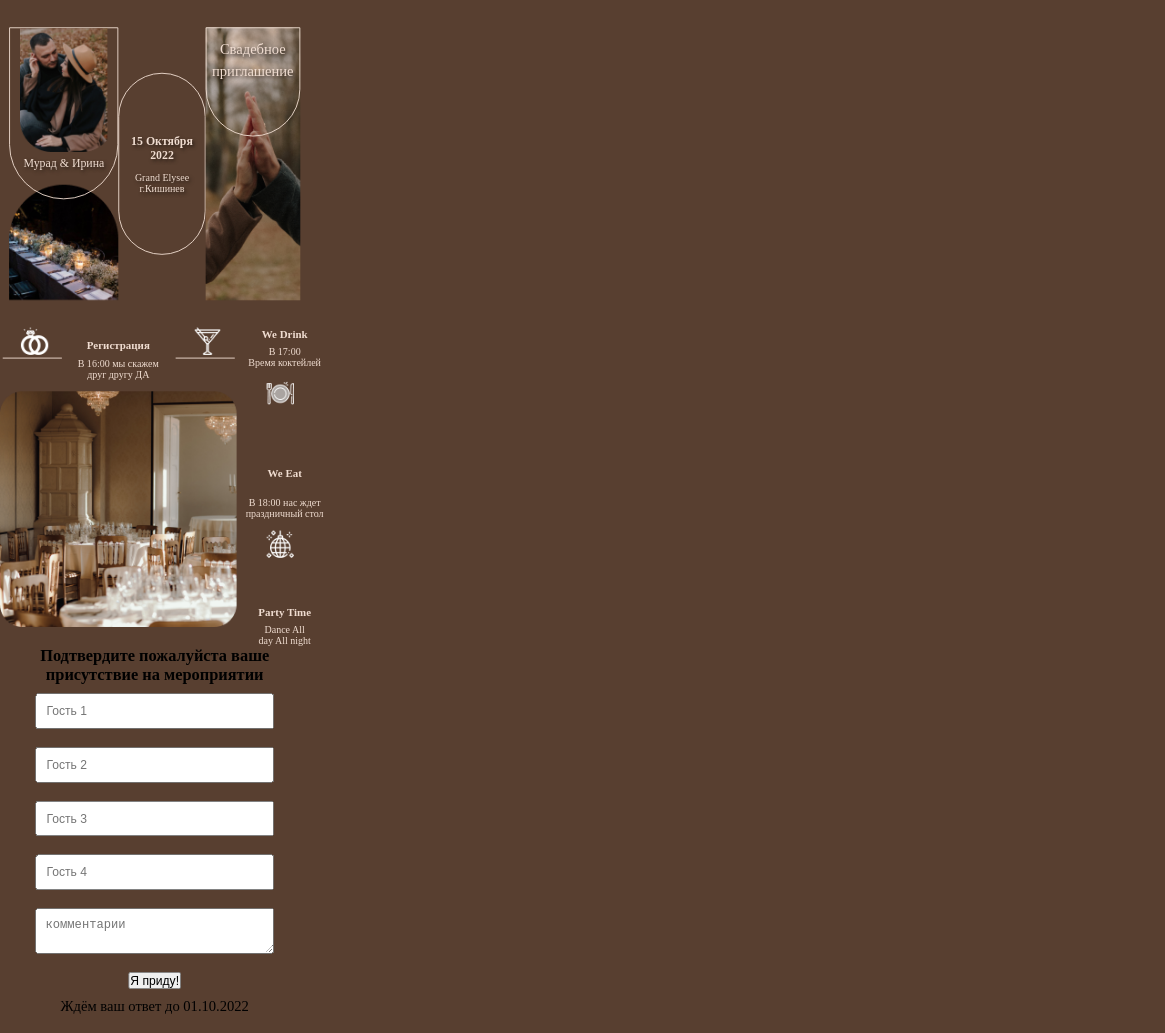
Repository: Anthony8845/wedding_invitation
Page: index.html
The author's editor kept a copy of each file at every save. The page is drawn from the files as they stood at one save, then again after the next save.
The browser window is 1280 px wide. The pictures show the whole page, at 91% of full size.

Above is the page before, as saved 2022-07-29 19:48:53.

### index.html
<!DOCTYPE html>
<html lang="en">
<head>
    <meta charset="UTF-8">
    <meta http-equiv="X-UA-Compatible" content="IE=edge">
    <meta name="viewport" content="width=device-width, user-scalable=yes">
    <link rel="stylesheet" href="./style.css">
    <!-- <script src="./script.js"></script> -->
    <title>Приглашение на свадьбу</title>
</head>
<body>

    <div class="invitation">
        <div class="info">
            <div class="info_block">
                <div class="info_border">
                    <div class="info_img-u"></div>
                    <div class="info_name">Мурад & Ирина</div>
                </div>
                <div class="info_img-d"></div>
            </div>
            <div class="info__block">
                <div class="block__data">
                    <div class="info_timer"></div>
                    <div class="info_date">
                        <h4>15 Октября 2022</h4>
                        <p>Grand Elysee <br>
                            г.Кишинев</p>
                    </div>
                </div>
            </div>
            <div class="info__block">
                <div class="info_invitation">Свадебное<br>приглашение</div>
                <div class="info_img-r"></div>
            </div>

        </div>
        <div class="timetable">
            <div class="timetable_block">
                <div class="block_icon">
                    <div class="icon_reg icon"></div>
                    <div class="line_icon-d"></div>
                </div>
                <div class="block_reg">
                    <h4>Регистрация</h4>
                    <p>В 16:00 мы скажем <br> друг другу ДА</p>
                </div>
                <div class="block_icon">
                    <div class="icon_drink icon"></div>
                    <div class="line_icon-d"></div>
                </div>

            </div>
            <div class="timetable_block">
                <div class="img_table"></div>
            </div>
            <div class="timetable_block">
                <div class="block_drink">
                    <h4>We Drink</h4>
                    <p>В 17:00<br> Время коктейлей</p>
                </div>
                <div class="block_icon">
                    <div class="icon_eat icon"></div>
                    <div class="line_icon-l"></div>
                </div>

                <div class="block_eat"></div>
                    <h4>We Eat</h4>
                    <p>В 18:00 нас ждет <br> праздничный стол</p>
                    <div class="block_icon">
                        <div class="icon_party icon"></div>
                        <div class="line_icon-l"></div>
                    </div>

                <div class="block_party">
                    <h4>Party Time</h4>
                    <p>Dance All<br> day All night</p>
                </div>
            </div>
        </div>
        <div class="thanks">
            <div></div>
            <div></div>
            <div></div>
        </div>
        <form class="form"  action="mail.php"  method="POST" >
            <h2 class="form__header">Подтвердите пожалуйста ваше присутствие на мероприятии</h2>
            <input class="form__input_item" type="text" name="Guest1" placeholder="Гость 1">
            <input class="form__input_item" type="text" name="Guest2" placeholder="Гость 2">
            <input class="form__input_item" type="text" name="Guest3" placeholder="Гость 3">
            <input class="form__input_item" type="text" name="Guest4" placeholder="Гость 4">
            <textarea class="form__comment" name="Comment" placeholder="комментарии"></textarea>
            <button class="form__btn">Я приду!</button>
        </form>
        <div class="footer">Ждём ваш ответ до 01.10.2022</div>
    </div>
</body>
</html>

### style.css
* {
    box-sizing: border-box;
    margin: 0;
    padding: 0;
}

body{
    position: relative;
    padding: 20px 0;
    background-color: rgb(88, 63, 48);
}



.invitation {
    width: 340px;
    display: flex;
    flex-direction: column;
    align-items: center;
}
.info {
    color: rgb(240, 221, 209);
    display: flex;
    justify-content: space-between;
    align-items: center;
    text-align: center;
    text-shadow: 2px 2px 4px rgb(44, 32, 24);
    margin: 10px 3% 30px 3%;
}
.info_block {
    width: 120px;
    height: 300px;

}
.info_border {
    width: 120px;
    position: absolute;
    border: 1px solid rgb(240, 221, 209);
    padding-bottom: 30px;
    border-radius: 0 0 60px 60px;

}
.info_img-u {
    width: 103px;
    height: 136px;
    background: url(./img/IMG_2.png) no-repeat;
    margin-left: auto;
    margin-right: auto;
    width: 6em;
    margin-bottom: 5px;


}
.info_name {
    font-size: 13px;
}
.info_img-d {
    margin-top: 173px;
    width: 120px;
    height: 127px;
    background: url(./img/Image.png) no-repeat;
}

.info_img-r {
    width: 104px;
    height: 300px;
    background: url(./img/IMG_104-300.png);
}

.block__data {
    display: table-cell;
    vertical-align: middle;
    width: 120px;
    height: 200px;
    border: 1px solid rgb(240, 221, 209);
    border-radius: 55px;
}


.info_timer {

}

.info_date {
    font-size: 11px;
}
.info_date h4 {
    font-size: 13px;
    padding-bottom: 10px;
}

.info_invitation{
    width: 104px;
    height: 120px;
    position: absolute;
    border: 1px solid rgb(240, 221, 209);
    border-radius: 0 0 60px 60px;
    padding-top: 10px;
    line-height: 25px;
}

.icon {
    width: 30px;
    height: 30px;
}

.block_icon{
    padding: 0 0 0 23px;
    width: 70px;
    height: 70px;
}

.line_icon-d{
    width: 65px;
    position: relative;
    right: 20px;
    padding-top: 3px;
    border-bottom: 1px solid rgb(240, 221, 209);
}
.line_icon-l{

}

.timetable {
    margin-right: 80px;
    font-size: 11px;
    color: rgb(240, 221, 209);
    max-width: 390px;
    height: 350px;
    display: flex;
    flex-direction: column;
    flex-wrap: wrap;

}
.timetable_block {
    text-align: center;
    max-width: 260px;
    display: flex;
    justify-content: space-between;
}

.timetable_block:last-child {
    margin-left: 10px;
    height: 350px;
    display: flex;
    flex-direction: column;
    /* justify-content: space-between; */
}

.timetable_block h4 {
    font-size: 12px;
    padding-bottom: 5px;
}

.icon_reg {

    background: url(./img/wedding-rings.png) no-repeat ;
    background-size: contain;
}
.block_reg {
   padding-top: 5%;
}
.icon_drink {

    background: url(./img/martini.png) no-repeat;
    background-size: contain;
}
.img_table {
    width: 260px;
    height: 259px;
    background: url(./img/interior.png);
}
.block_drink {
}
.icon_eat {
    background: url(./img/dish.png) no-repeat;
    background-size: contain;
}
.block_eat {
}
.icon_party {
    background: url(./img/mirror-ball.png);
    background-size: contain;
}
.block_party {
}





.form {

    text-align: center;
    margin: 0 10%;

    display: flex;
    flex-direction: column;

}

.form::after {
    content: '';
    position: absolute;
    top: 0;
    left: 0;
    width: 100%;
    height: 100%;
    background: #767676 url(./img/heart.gif) center /50px no-repeat;
    opacity: 0;
    visibility: hidden;
}

.form._sending::after {
    opacity: 0.8;
    visibility: visible;
}


.form__header {
    font-size: 18px;
}

.form__input_item {
    margin: 10px 5px;
    padding: 10px 10px;

}

.form__comment {
    padding: 10px 10px;
    margin: 10px 5px;
    resize: vertical;
    height: 50px;
}

.form__btn {
    margin: 0 auto;
    margin-top: 10px;
    max-width: 70px;
}

.footer {
    margin-top: 10px;
    text-align: center;
}

After the next save:
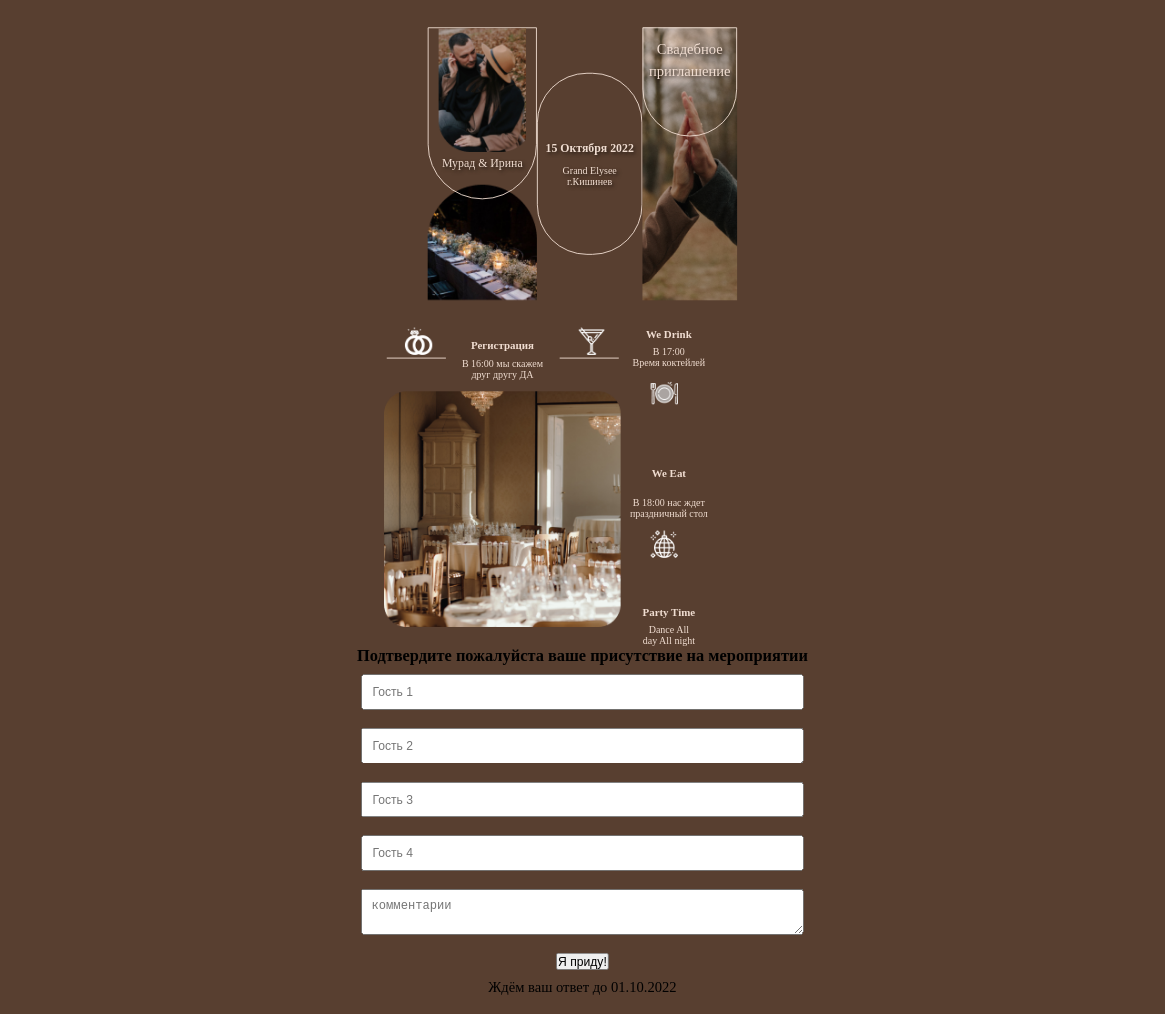
Saved 6 s later.
--- a/style.css
+++ b/style.css
@@ -13,12 +13,13 @@ body{
 
 
 .invitation {
+
+    display: flex;
+    flex-direction: column;
+    align-items: center;
+}
+.info {
     width: 340px;
-    display: flex;
-    flex-direction: column;
-    align-items: center;
-}
-.info {
     color: rgb(240, 221, 209);
     display: flex;
     justify-content: space-between;
